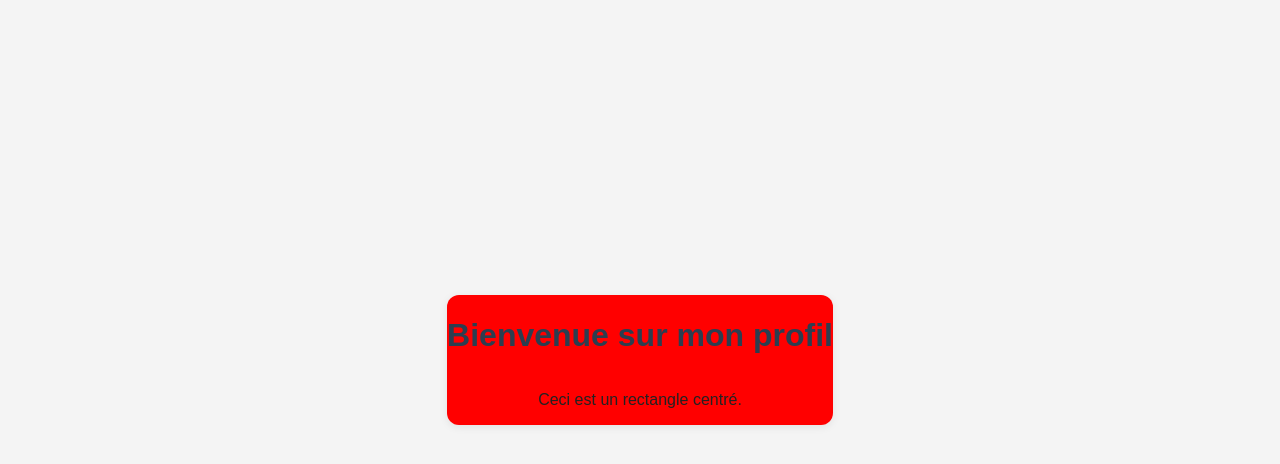
Repository: quadrinex/profile
Page: index.html
An editor plug-in stored every save of this project. The page is shown before and after the next save, followed by the edit.
The browser window is 1280 px wide. The pictures show the whole page.

Above is the page before, as saved 2025-06-30 16:12:26.

### index.html
<!DOCTYPE html>
<html lang="fr">
<head>
    <meta charset="UTF-8">
    <meta name="viewport" content="width=device-width, initial-scale=1.0">
    <title>Mon Profil</title>
    <link rel="stylesheet" href="main.css">
</head>
<body>
    <!-- ...votre contenu ici... -->
    <div class="container">
        <h1>Bienvenue sur mon profil</h1>
        <p>Ceci est un rectangle centré.</p>
    </div>
</body>
</html>

### main.css
body {
    font-family: Arial, sans-serif;
    background: #f4f4f4;
    margin: 0;
    padding: 0;
    color: #222;
}

h1, h2, h3 {
    color: #2c3e50;
}

a {
    color: #3498db;
    text-decoration: none;
}

a:hover {
    text-decoration: underline;
}

.container {
    max-width: fit-content;
    max-height: fit-content;
    margin: auto;
    background: #ff0000;
    border-radius: 12px;
    box-shadow: 0 2px 8px rgba(0,0,0,0.08);
    display: flex;
    justify-content: center;
    align-items: center;
    position: fixed;
    inset: 0px;
    margin: auto;
    flex-direction: column;
}

After the next save:
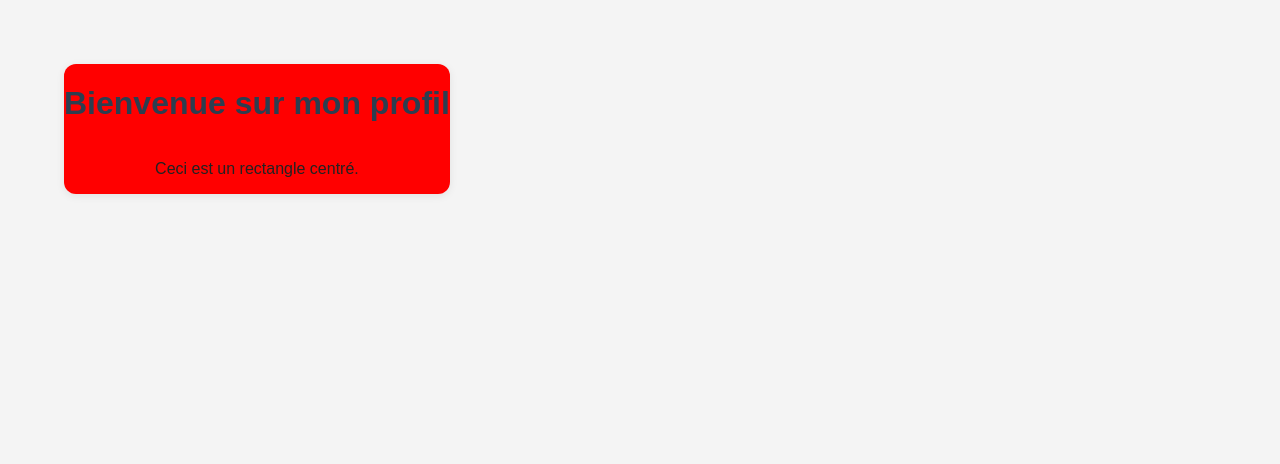
Saved 6 s later.
--- a/main.css
+++ b/main.css
@@ -31,6 +31,6 @@
     align-items: center;
     position: fixed;
     inset: 0px;
-    margin: auto;
+    margin: 5%;
     flex-direction: column;
 }
